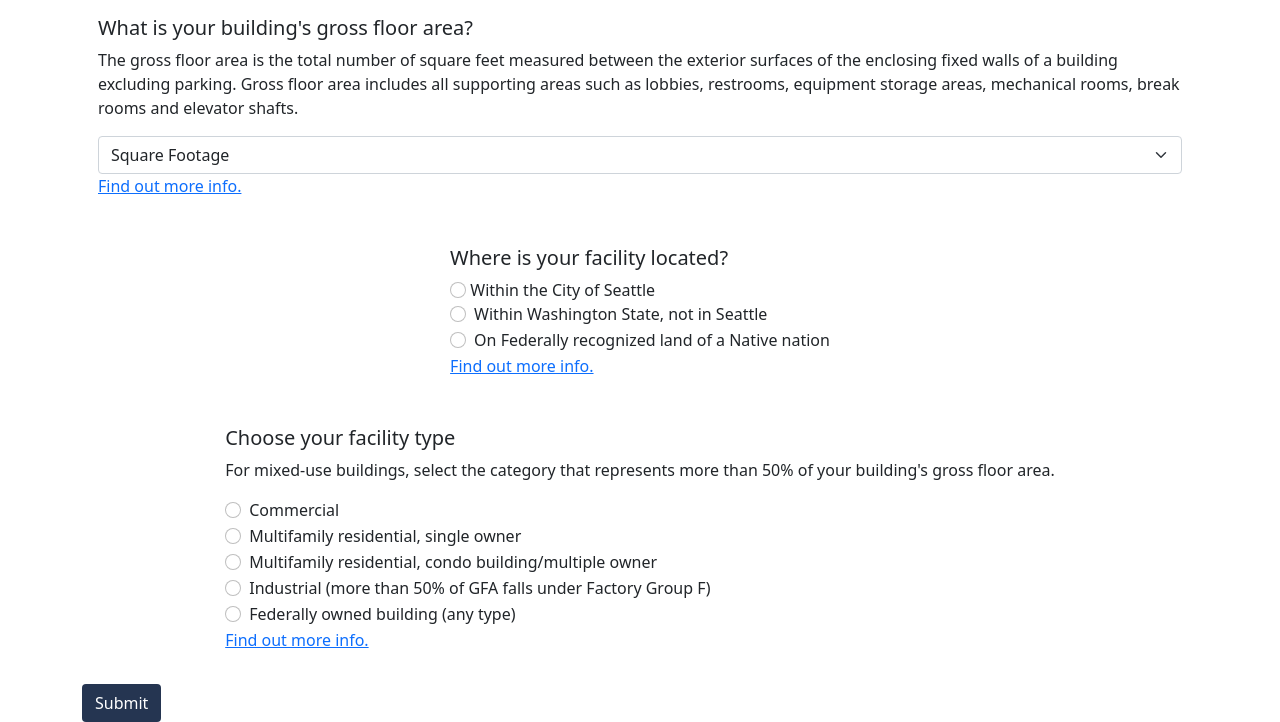
Repository: ChaidGPT/SershonSystemsQuiz
Page: index.html
An editor plug-in stored every save of this project. The page is shown before and after the next save, followed by the edit.
The browser window is 1280 px wide. The pictures show the whole page.

Above is the page before, as saved 2023-07-07 15:32:39.

After the next save:
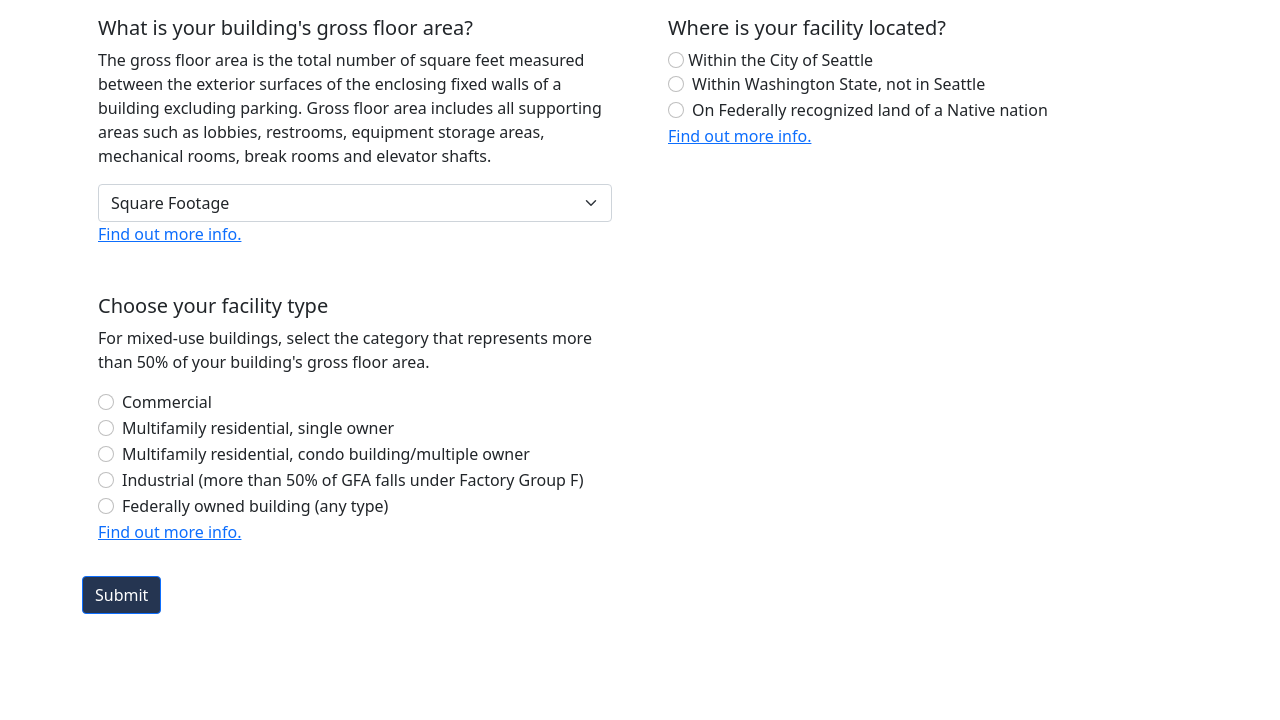
Saved 2 min 44 s later.
--- a/index.html
+++ b/index.html
@@ -27,15 +27,15 @@
 
 <body>
 	<div class="container">
-		<!-- Question 1 Card -->
 		<div class="row">
-			<div class="card-column">
+			<div class="col-md-6">
+				<!-- Question 1 Card -->
 				<div class="card mb-3">
 					<div class="card-body">
 						<h5 class="card-title">What is your building's gross floor area?</h5>
 						<p class="card-text">The gross floor area is the total number of square feet measured between the exterior surfaces of the enclosing fixed walls of a building excluding parking. Gross floor area includes all supporting areas such as lobbies, restrooms, equipment storage areas, mechanical rooms, break rooms and elevator shafts.</p>
 						<div class="form-group">
-							<select id="buildingSize" type="number" class="form-select dropdown">
+							<select id="buildingSize" type="number" class="form-select">
 								<option value="">Square Footage</option>
 								<option value="under20k">less than 20k square feet</option>
 								<option value="20kTo30k">20k - 30k square feet</option>
@@ -51,13 +51,10 @@
 						<a href="" target="_blank">Find out more info.</a>
 					</div>
 				</div>
+				<!-- Question 1 Card End -->
 			</div>
-		</div>
-		<!-- Question 1 Card End -->
-
-		<!-- Question 2 Card -->
-		<div class="row">
-			<div class="card-column">
+			<div class="col-md-6">
+				<!-- Question 2 Card -->
 				<div class="card mb-3">
 					<div class="card-body">
 						<h5 class="card-title">Where is your facility located?</h5>
@@ -76,13 +73,10 @@
 						<a href="" target="_blank">Find out more info.</a>
 					</div>
 				</div>
+				<!-- Question 2 Card End -->
 			</div>
-		</div>
-		<!-- Question 2 Card End -->
-
-		<!-- Question 3 Card -->
-		<div class="row">
-			<div class="card-column">
+			<div class="col-md-6">
+				<!-- Question 3 Card -->
 				<div class="card mb-3">
 					<div class="card-body">
 						<h5 class="card-title">Choose your facility type</h5>
@@ -112,11 +106,10 @@
 						<a href="" target="_blank">Find out more info.</a>
 					</div>
 				</div>
+				<!-- Question 3 Card End -->
 			</div>
 		</div>
-		<!-- Question 3 Card End -->
-
-		<button id="submitBtn" type="submit" class="btn">Submit</button>
+		<button id="submitBtn" type="submit" class="btn btn-primary">Submit</button>
 	</div>
 
 
